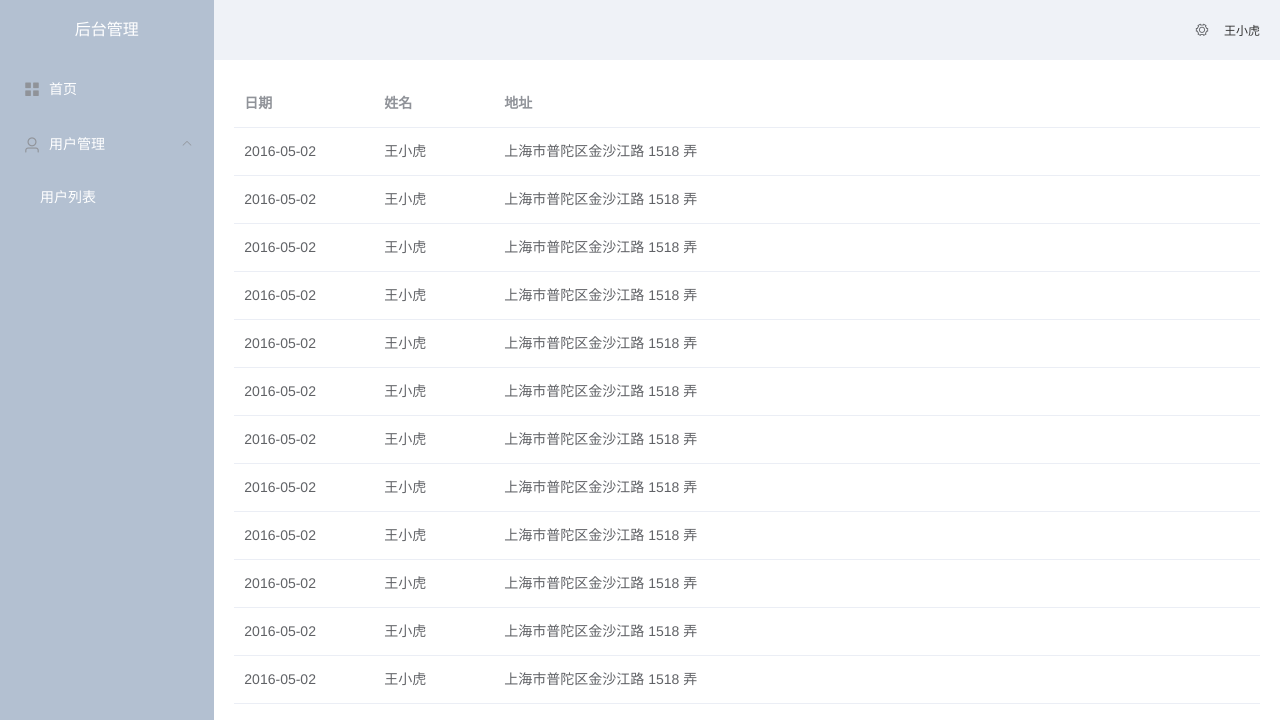
Repository: cmw520520/admin_vue
Page: /#/user/userlist
The author's editor kept a copy of each file at every save. The page is drawn from the files as they stood at one save, then again after the next save.
The browser window is 1280 px wide. The pictures show the whole page.
An inner scrolling area shows only its first screen. The project was rebuilt for these pictures with package versions that can differ from the ones it lists, and the page was loaded fresh each time. Also part of the build but not shown: src/page/home/Home.vue, example/Echart.vue.

Above is the page before, as saved 2019-07-01 15:14:12.

After the next save:
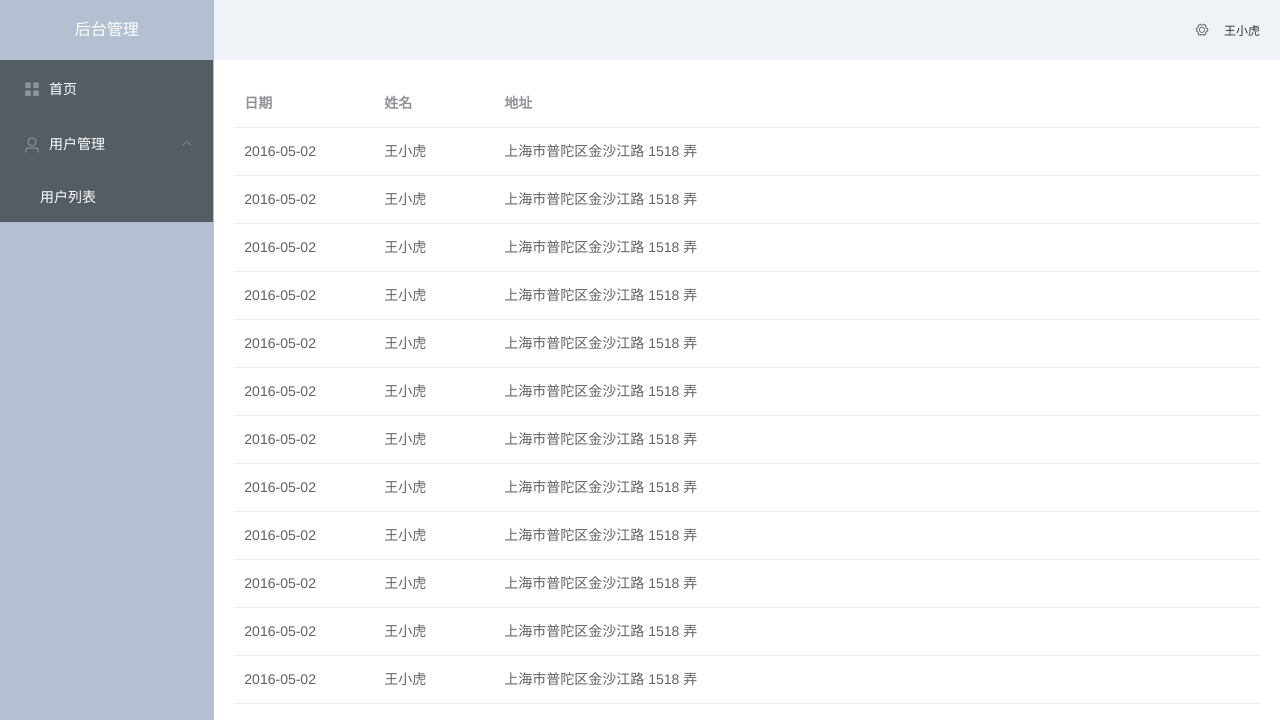
Saved 3 min 47 s later.
--- a/src/components/Slider.vue
+++ b/src/components/Slider.vue
@@ -1,5 +1,5 @@
 <template>
-  <el-menu :default-openeds="['1', '3']" background-color="#b3c0d1" text-color="#fff" style="border:none;text-align:left;" router>
+  <el-menu :default-openeds="['1', '3']" background-color="rgb(84, 92, 100)" text-color="#fff" style="border:none;text-align:left;" router>
     <label v-for="(item, index) in navMenu" :key="index">
       <el-menu-item v-if="item.isHeader" :index="item.component">
         <i :class=item.icon></i>
